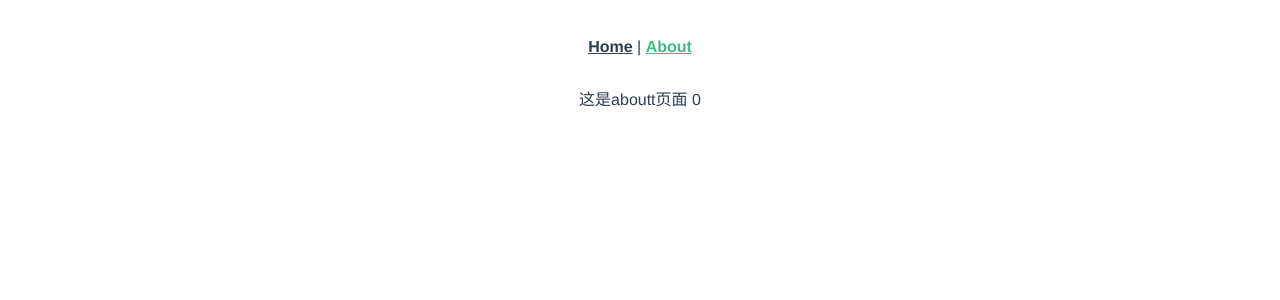
Repository: liuwanyi651/Ninth-vue3-ts
Page: /about
These files come from the project's save history. The page is drawn as it stood at one moment and after a run of saves; the edit follows.
The browser window is 1280 px wide. The pictures show the whole page.
The project was rebuilt for these pictures with package versions that can differ from the ones it lists, and the page was loaded fresh each time. Also part of the build but not shown: vue.config.js, src/views/Home.vue.

Above is the page before, as saved 2021-02-02 09:45:23.
Console error: ReferenceError: ro is not defined

After the next 4 saves:
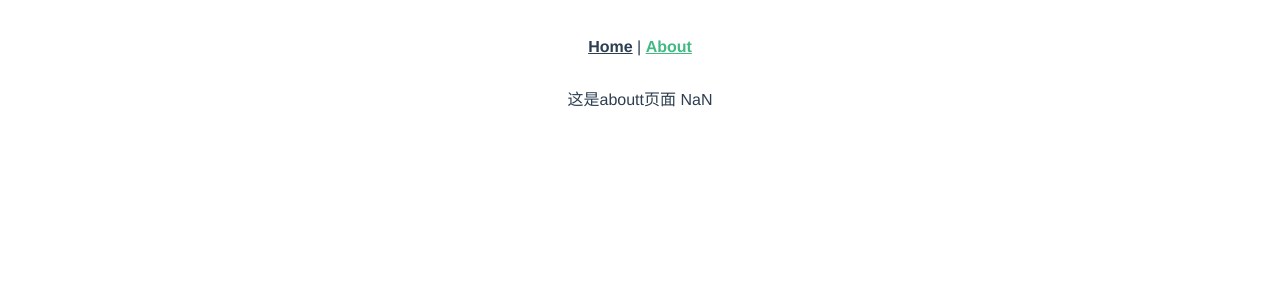
The error is gone.
The 4 saves are shown as one change because they came seconds apart.
The last was saved 9 s later.
--- a/src/views/About.vue
+++ b/src/views/About.vue
@@ -19,7 +19,7 @@ import {useRoute, useRouter} from 'vue-router'
     let route =useRouter() //this.$router
     let num = ref<number>(0)
    onMounted(()=>{
-     num.value =Number(ro)
+     num.value =Number(route.query)
    })
    return {
      num
